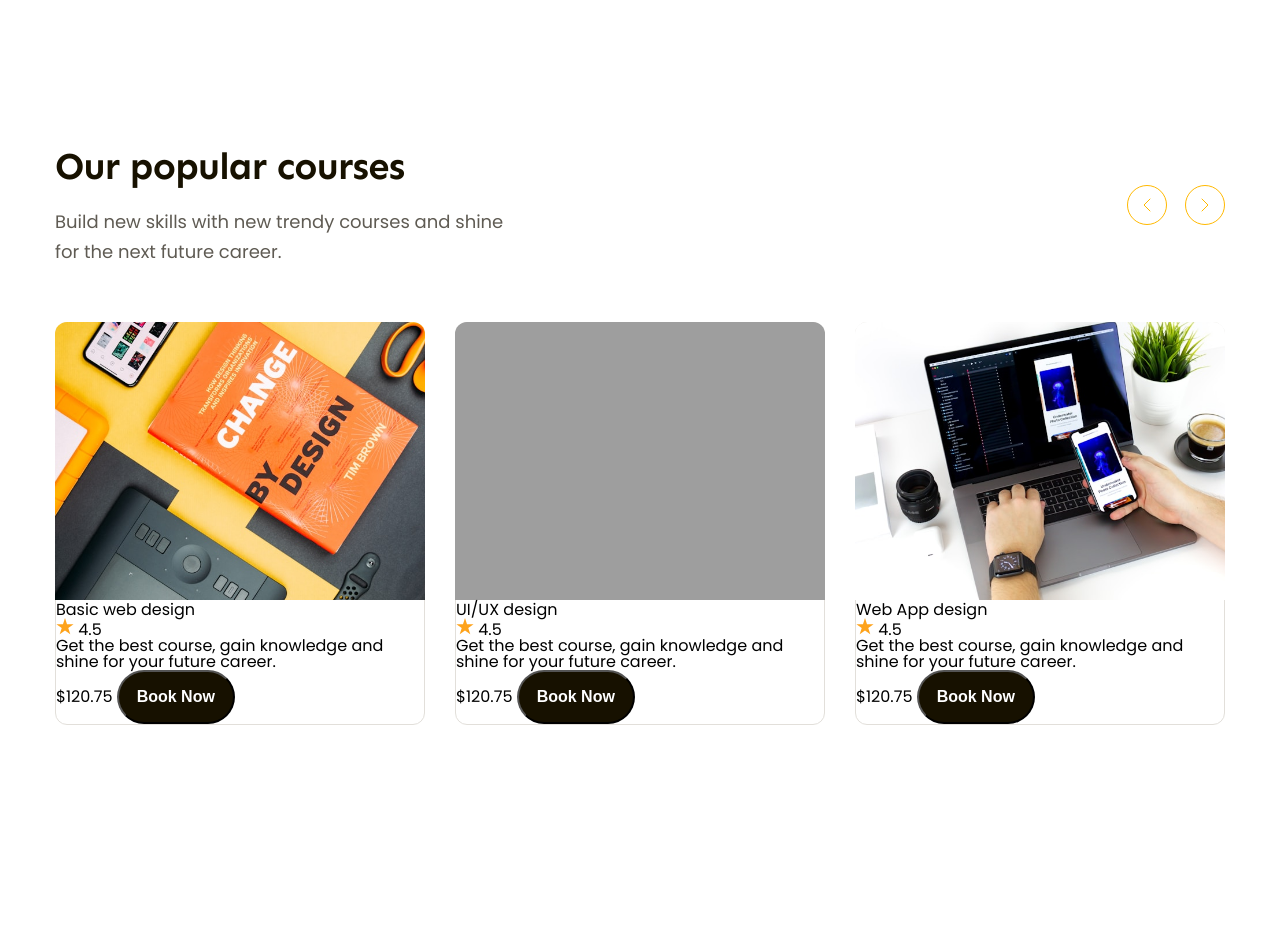
Repository: vancong171001/f8-html-css-02
Page: index.html
The author's editor kept a copy of each file at every save. The page is drawn from the files as they stood at one save, then again after the next save.
The browser window is 1280 px wide. The pictures show the part of the page from y = 957 to 1909 px (the page is 5000 px tall).
Pictures or frames that could not be fetched are drawn as grey boxes. A picture or video elsewhere on the page could not be fetched, so the positions and the page height are approximate.

Above is the page before, as saved 2025-03-11 14:20:23.

After the next save:
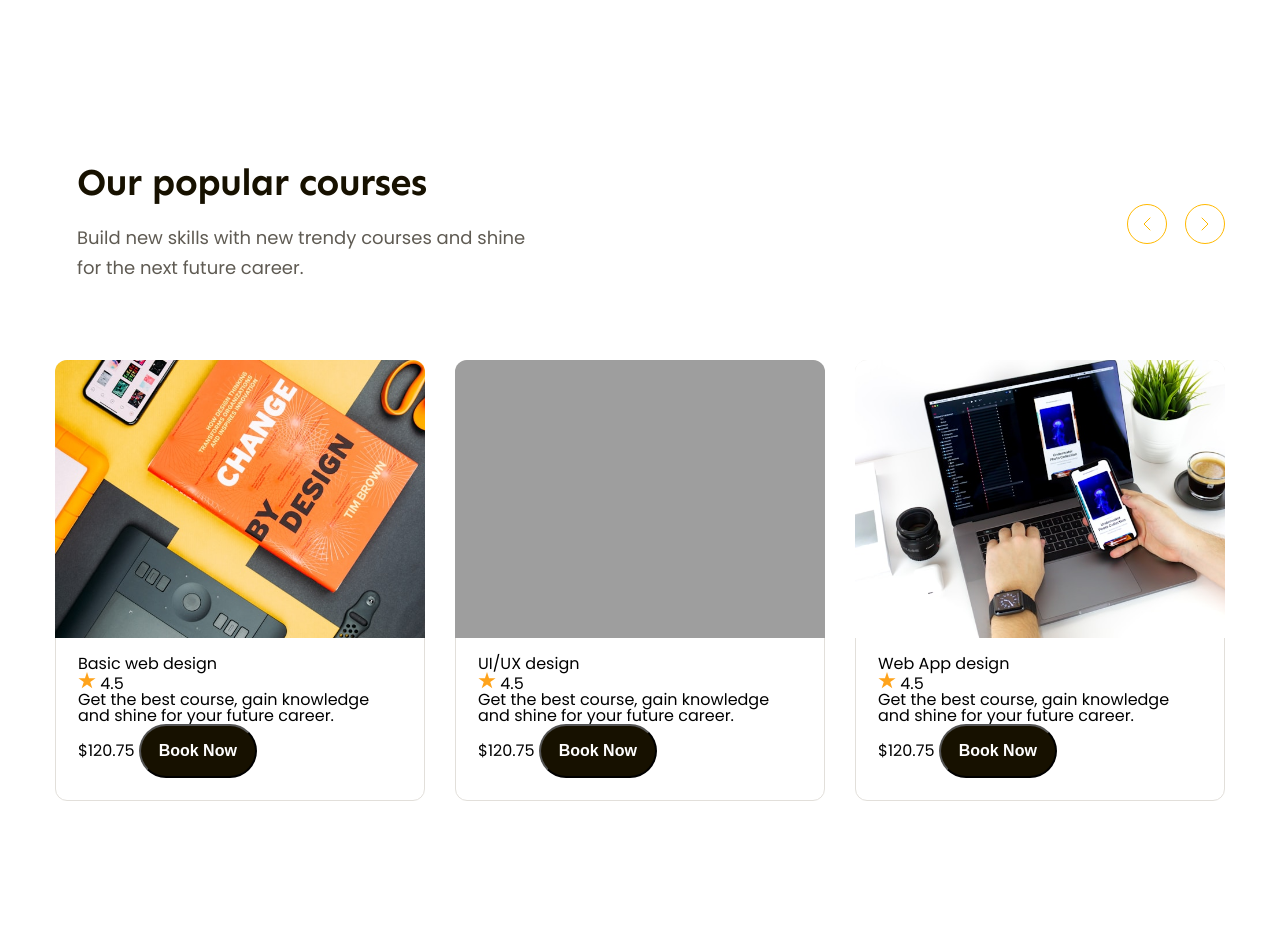
Saved 4 s later.
--- a/assets/css/style.css
+++ b/assets/css/style.css
@@ -331,5 +331,5 @@
 }
 
 .popular .info {
-  margin: 16;
-}
+  margin: 16px 22px 22px 22px;
+}
